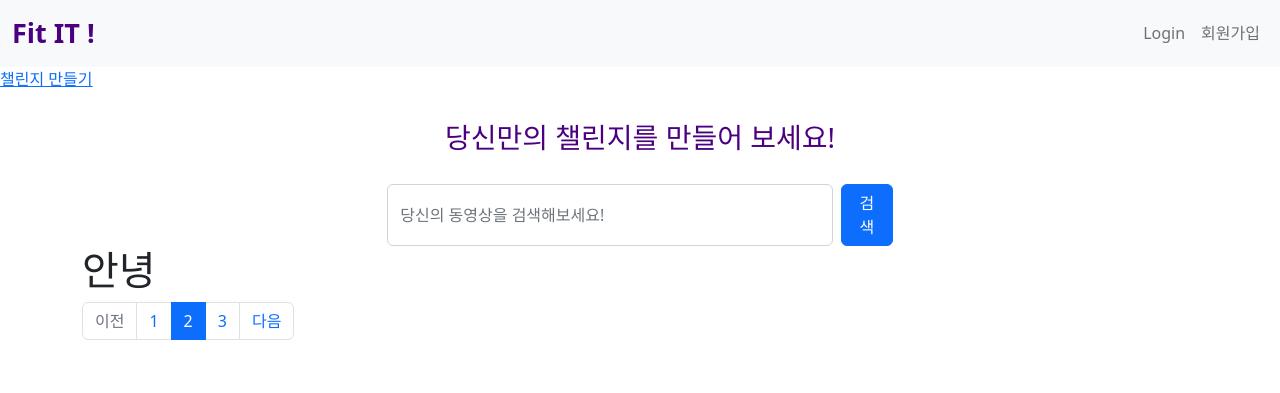
Repository: 4everGirls/Fit-IT-FRONT
Page: /makeChallenge (app in FrontEnd/fit-it/)
The author's editor kept a copy of each file at every save. The page is drawn from the files as they stood at one save, then again after the next save.
The browser window is 1280 px wide. The pictures show the whole page.
The project was rebuilt for these pictures with package versions that can differ from the ones it lists, and the page was loaded fresh each time. Also part of the build but not shown: FrontEnd/fit-it/vue.config.js, FrontEnd/fit-it/src/views/HomeView.vue, FrontEnd/fit-it/src/components/user/RegistUser.vue, FrontEnd/fit-it/src/components/user/LoginUser.vue.

Above is the page before, as saved 2022-11-20 01:31:35.

After the next save:
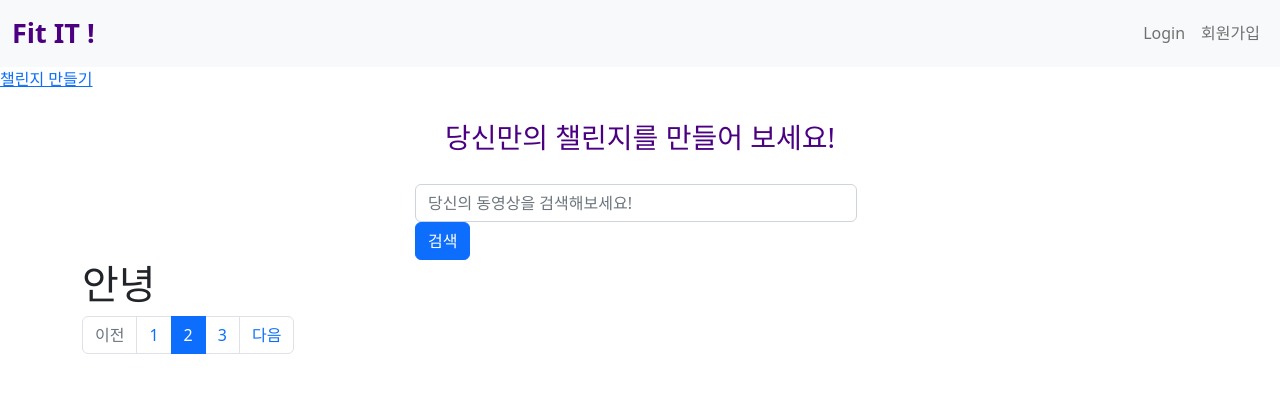
Saved 10 s later.
--- a/FrontEnd/fit-it/src/components/challenge/MakeChallenge/SearchVideo.vue
+++ b/FrontEnd/fit-it/src/components/challenge/MakeChallenge/SearchVideo.vue
@@ -15,10 +15,10 @@
             @keyup.enter="search"
             v-model="keyword"
           />
-          <button class="btn btn-primary" type="submit" @click="search">
-            검색
-          </button>
         </form>
+        <button class="btn btn-primary" type="submit" @click="search">
+          검색
+        </button>
       </div>
     </div>
   </div>
